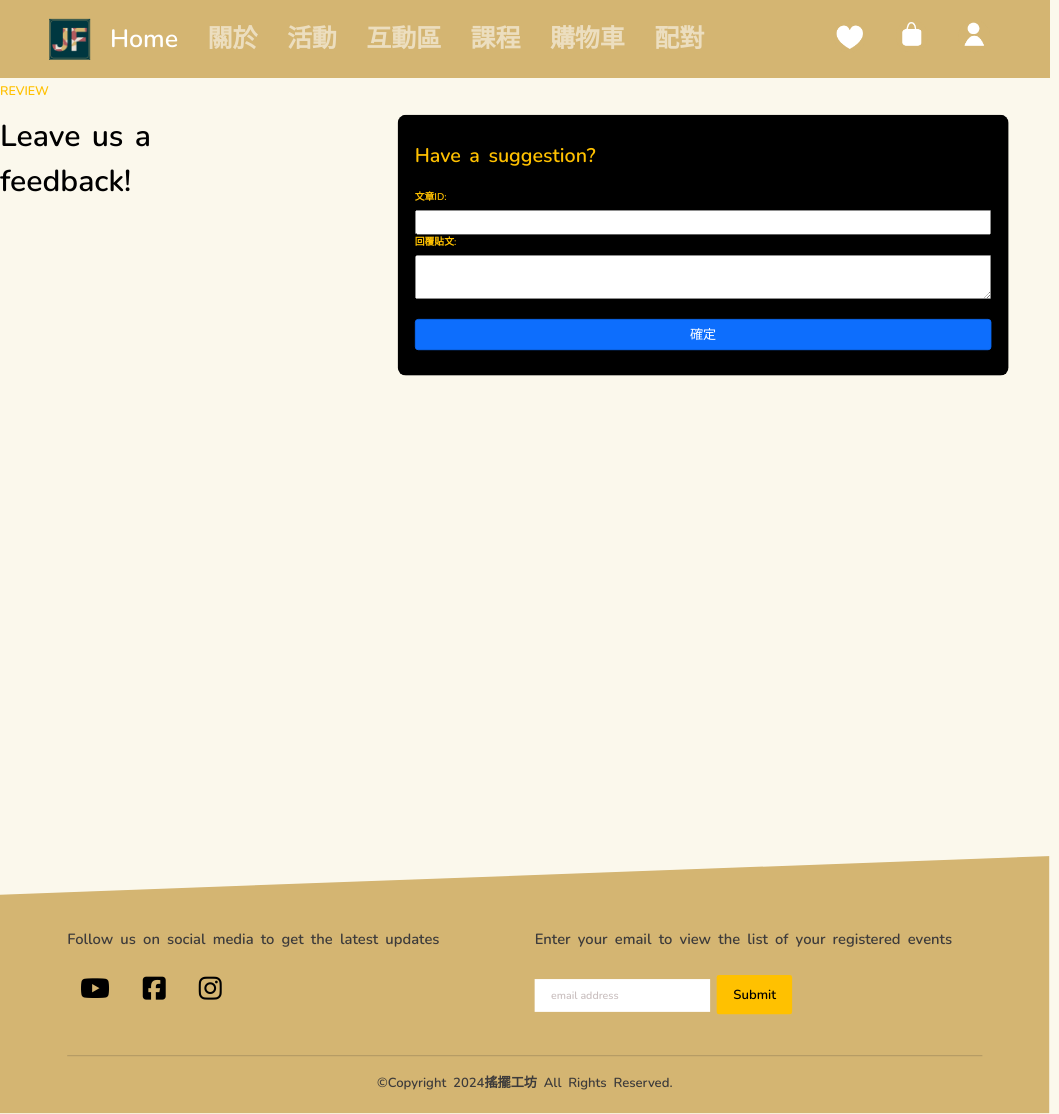
Repository: mmmooonnn0211/project
Page: workspace/demoSpringBoot-1/src/main/resources/static/html/ReplyInsertFront.html
An editor plug-in stored every save of this project. The page is shown before and after the next save, followed by the edit.
The browser window is 1280 px wide. The page is 1292 px wide, then 1280 px, so the pictures cover 1292 px, including what lies to the right of the window. The pictures show the whole page, at 82% of full size.
Some web libraries are served in a nearby version.

Above is the page before, as saved 2024-05-07 18:02:13.

### workspace/demoSpringBoot-1/src/main/resources/static/html/ReplyInsertFront.html
<!DOCTYPE html>
<html lang="en">

<head>
	<meta charset="UTF-8">
	<meta name="viewport" content="width=device-width, initial-scale=1.0">
	<style>
		.main {
			min-height: 55vh;
			/* 让 .slant 至少占据整个视口高度 */

		}
	</style>
	<!-- Bootstrap CSS -->
	<link href="https://cdn.jsdelivr.net/npm/bootstrap@5.0.0-beta3/dist/css/bootstrap.min.css" rel="stylesheet"
		integrity="sha384-eOJMYsd53ii+scO/bJGFsiCZc+5NDVN2yr8+0RDqr0Ql0h+rP48ckxlpbzKgwra6" crossorigin="anonymous">
	<script src="https://kit.fontawesome.com/4287c80df9.js" crossorigin="anonymous"></script>

	<!--Google Font : Nunito-->
	<link rel="preconnect" href="https://fonts.gstatic.com">
	<link href="https://fonts.googleapis.com/css2?family=Nunito:wght@600&display=swap" rel="stylesheet">

	<!-- For style(All CSS content) -->
	<link rel="stylesheet" type="text/css" href="../styles/home.css" />
	<link rel="stylesheet" type="text/css" href="../styles/footer.css" />
	<link rel="stylesheet" type="text/css" href="../styles/navbar.css" />
	<link rel="icon" href="images/favicon.ico">

	<!-- JS Bundle for BS  -->
	<script src="https://cdn.jsdelivr.net/npm/popper.js@1.16.1/dist/umd/popper.min.js"
		integrity="sha384-9/reFTGAW83EW2RDu2S0VKaIzap3H66lZH81PoYlFhbGU+6BZp6G7niu735Sk7lN" crossorigin="anonymous">
		</script>
	<title>範本</title>
</head>


<body>
	<form method="post" action="/ReplyinsertFront.controller" onsubmit="return validateForm();">
		<div class="row" style="margin-bottom: 100px; margin-top: 100px;">
			<div class="col-md-4" style="text-align: left;">
				<p class="review">REVIEW</p>
				<p class="feedback">Leave us a <br>feedback!</p>
			</div>
			<div class="col-sm-8">
				<div class="container" id="cards">
					<div class="card">
						<div id="sugg" class="neon-yellow">Have a suggestion?</div>
						<br>
						<div id="text" class="neon-yellow">文章ID:</div>
						<input id="LTId" name="LTId" />

						<div id="text" class="neon-yellow">回覆貼文:</div>
						<textarea id="replypost" name="replypost"></textarea>

						<br />
						<button type="submit" class="btn btn-primary">確定</button>
					</div>
				</div>
			</div>
		</div>
	</form>
	<div class="container-fluid" style="margin-top: 150px;">

	</div>
	<!-- <section> -->
	<div class="main">
		<div class="container text-center">

			<div>
				<!--					<label for="userId">使用者ID:</label>-->
				<!--					<input type="text" id="userId" name="userId" style="width: 200px;" />-->

				<!--					<label for="LTId">文章ID:</label>-->
				<!--					<input type="text" id="LTId" name="LTId" style="width: 200px;" />-->

				<!--					<label for="replypost">回覆貼文:</label>-->
				<!--					<input type="text" id="replypost" name="replypost" style="width: 250px; height: 150px;" />-->

				<!--					<button type="submit" class="btn btn-primary">確定</button>-->

			</div>



		</div>
	</div>
	<script src="https://cdn.jsdelivr.net/npm/bootstrap@5.0.0-beta3/dist/js/bootstrap.bundle.min.js"
		integrity="sha384-JEW9xMcG8R+pH31jmWH6WWP0WintQrMb4s7ZOdauHnUtxwoG2vI5DkLtS3qm9Ekf" crossorigin="anonymous">
		</script>


	<div align="center"></div>
	<div class="container">
	</div>
	<script>
		function validateForm() {
			var replypostInput = document.getElementsByName('replypost')[0].value.trim();
			var userIdInput = document.getElementsByName('userId')[0].value.trim();
			var LTIdInput = document.getElementsByName('LTId')[0].value.trim();

			if (replypostInput === '' || userIdInput === '' || LTIdInput === '') {
				Swal.fire({
					icon: 'warning',
					title: '請輸入完整資訊😒',
					showConfirmButton: false,
					timer: 1500
				});
				return false;
			}
			return true;
		}
	</script>

	<script>

		fetch('basic.html')
			.then(response => response.text())
			.then(html => {
				document.body.innerHTML += html;
			});


	</script>
</body>

</html>

### workspace/demoSpringBoot-1/src/main/resources/static/styles/home.css
/* hiding vertical scroll bar from every page */
::-webkit-scrollbar {
  width: 0 !important
}




body {
  font-family: 'Nunito', sans-serif;
  background-color: #FBF8EC;
  word-spacing: 0.25rem;
}

::selection {
  color: black;
  background: #ffc100;
}

::placeholder {
  color: rgb(202, 192, 192);
}

.neon-yellow {
  color: #ffc100;
}

.working-heading {
  font-size: 2.3rem;
  font-weight: bold;
  color: black;
}


.date-style {
  font-weight: 850;
  padding: 0 0 0.3rem 0;
}

.sub-heading {
  font-size: 1.5rem;
  font-weight: 1000;
  padding: 0 0 0.3rem 0;
}

.small-subtext {
  color: black;
  font-weight: 700;
  font-size: 1rem;
}

.process-heading {
  font-weight: 1000;
  font-size: 0.95rem;
}

.eng,
.feedback,
.some {
  font-size: 2.3rem;
  font-weight: 1000;
  color: black;
}

.center-line {
  border-left: 0.58rem solid #ffc100;
  height: 110%;
  position: absolute;
  top: 0%;
  left: 0%;
}

.padding-for-mobile {
  padding: 0 1rem 2rem 4rem;
  text-align: left;
  /*background-color:  white;*/
}

.stickyy-corner {
  position: -webkit-sticky;
  position: sticky;
  top: 0;
}

.timeline-left-style {
  color: black;
  text-align: right;
  padding: 0 4rem 0 5.2rem;
}

.timeline-right-style {
  color: black;
  text-align: left;
  position: relative;
  padding: 0 5.2rem 0 4rem;
  overflow-y: hidden;
}

.d-block {
  margin-top: 2%;
  border-radius: 7px;
  border: 3px solid rgb(245, 241, 241);
  width: 100%;
}

.chess,
.review,
.event {
  color: #ffc100;
  font-weight: 850;
  font-size: 0.95rem;
}


#text {
  font-weight: 850;
  font-size: 0.75rem;
  margin-bottom: 7px;
}

#sugg {
  font-size: 1.5rem;
  font-weight: 1000;
}

#btn {
  background-color: #ffc100;
  color: rgb(0, 0, 0);
  padding: 10px 20px;
  text-align: center;
  border: none;
  border-radius: 3px;
  display: block;
  margin: auto;
  margin-top: 15px;
  font-weight: bold;
}


#box,
#msg {
  background-color: #DDDDDD;
  border-radius: 3.5px;
  border: none;
  margin-bottom: 12px;
  width: 100%;
}

#msg {
  height: 120px;
}

#box {
  height: 35px;
}

#spon {
  color: black;
  margin-top: 60px;
  display: flex;
  justify-content: space-evenly;
  align-items: center;
  font-weight: bold;
  margin-bottom: 20px;
}

.image {
  height: 100px;
}

.image3 {
  height: 250px;
  overflow-y: hidden;
}

.pic1,
.pic2 {
  font-weight: bold;
  font-size: medium;
}

.pic1 {
  margin-top: 20px;
}

.column {
  display: flex;
  flex-direction: column;
  justify-content: space-evenly;
  align-items: center;
}

.columns {
  display: flex;
  flex-direction: column;
  justify-content: center;
  align-items: flex-start;
}

.pic2 {
  color: gray;
  font-size: small;
}

.event,
.some,
.last,
.pic,
.pic1,
.pic2 {
  display: flex;
  justify-content: space-evenly;
  align-items: center;
}

.subhead {
  color: black;
  font-size: 3rem;
  overflow-y: hidden;
}

.active {
  color: #ffc100;
}

.active:hover {
  color: #ffc100;
}

p {
  color: black;
}

.title-img {
  width: 25%;
  margin-left: 8%;
  transform: rotate(10deg);
}

.hover {
  color: #ffc100;
}

.title-img3 {
  width: 25%;
  transform: rotate(-10deg);
}

.title-img2 {
  width: 35%;
  padding-right: 5%;
  padding-left: 5%;


}

.carousel-img-styles {
  border: 0.13rem solid black;
  border-radius: 1rem;
}

h1 {
  font-size: 5rem;
  line-height: 1.5;
  font-weight: 900;
}

#title {
  margin-bottom: 11rem;
}

.col-lg-3 {
  padding-left: 3rem;
}

.ex-btn {
  margin-top: 2.5rem;
  margin-bottom: 30px;
}

.carousel-container {
  width: 55%;
}

#cards {
  padding: 10px 50px;
}

.card {
  background-color: black;
  border-radius: 10px;
  /* display: block;
    margin: auto;
    font: 16px;
    width:55%; */
  padding: 30px 20px;

}

@media only screen and (max-width: 767px) {
  .small-subtext {
    font-size: 0.8rem;
  }

  .padding-for-mobile {
    padding: 0 0 4rem 2rem;
  }

  /*
  .sticky-corner {
    position: static;
  }
  */
  #cards {
    padding: 0px 20px;
  }


  .sub-heading {
    font-size: 1.3rem;
  }

  .process-heading {
    font-size: 0.85rem;
  }

  .working-heading {
    font-size: 1.5rem;
  }

  .timeline-left-style {
    padding: 0 2.5rem 0 3rem;
  }

  .timeline-right-style {
    padding: 0 3rem 0 2.5rem;
  }

  #spon {
    font-size: 1.5rem;
  }

  .some,
  .eng,
  .feedback {
    font-size: 1.5rem;
  }

  .card {
    width: 100%;
  }

  .pic {
    flex-direction: column;
  }

  .carousel-container {
    width: 85%;
  }
}

@media only screen and (max-width: 575px) {

  .title-img,
  .title-img3 {
    display: none;
  }

  .title-img2 {
    display: block;
    margin: auto;
    width: 100%;
    padding: 50px;
  }
}

@media only screen and (max-width: 375px) {


  .date-style {
    font-size: 0.8rem;
  }

  .sub-heading {
    font-size: 0.9rem;
  }

  .small-subtext {
    font-size: 0.7rem;
  }

  .timeline-left-style {
    padding: 0 1.6rem 0 2rem;
  }

  .timeline-right-style {
    padding: 0 2rem 0 2rem;
  }
}

### workspace/demoSpringBoot-1/src/main/resources/static/styles/footer.css
/*
hiding vertical scroll bar from every page
*/
::-webkit-scrollbar {
    width: 0 !important
}




.slant {
    /* width: 110%;
    background-color: #DDDDDD;
    transform: rotate(-3deg);
    height: 100px; */
    clip-path: polygon(0 15%, 100% 0, 100% 100%, 0 100%);
  }

  .container{
    margin-top: 30px;
  }

  .left, .right {
    font-size: large;
    font-weight: bold;
    margin-top: 50px;
    color: rgb(61, 59, 59);
    margin-bottom: 30px;
  }

  .below {
    background-color:#D4B572;
    position: relative;
    padding-top: 8px;
    padding-bottom: 6px;
    width: 100%;
    height: 100%;
  }

  #mail {
    border: none;
    height: 30px;
    padding: 20px;
    font-size: small;
    font-weight: bold;
  }

  #bttn {
    background-color: #ffc100;
    color: black;
    padding: 12px 20px;
    text-align: center;
    border: none;
    border-radius: 3px;
    font-weight: bold;
  }


  .fa-youtube:hover{
    color: rgb(230, 59, 59);
    transition: 0.5s;
  }

  .fa-twitter:hover, .fa-facebook-square:hover{
    color: rgba(18, 212, 212, 0.596);
    transition: 0.5s;
  }

  .fa-instagram:hover{
    color: rgb(218, 30, 61);
    transition: 0.5s;
  }

  .fa-github{
    color: rgb(43, 36, 36);
    transition: 0.5s;
  }

  .fab {
    padding: 0 1rem 0 1rem;
    font-size: 2rem;
    color: black;
  }

  .last {
    font-weight: 900;
    color: rgb(61, 59, 59);
    margin: 20px;
    display: flex;
  justify-content: space-evenly;
  align-items: center;
  }

  @media only screen and (max-width: 767px) {
    .slant{
      clip-path: polygon(0 5%, 100% 0, 100% 100%, 0 100%);
    }
  }

  @media only screen and (max-width: 375px) {
    .slant{
      clip-path: polygon(0 5%, 100% 0, 100% 100%, 0 100%);
    }
  }

### workspace/demoSpringBoot-1/src/main/resources/static/styles/navbar.css
/* 鼠標移動導覽列*/
.nav-item :hover {
  color: rgb(255, 128, 128);
  cursor: pointer;
  background-color: #B15A5E;
  border-radius: 10px;
}

.navbar a {
  color: #ff2600a2;
  border-radius: 10px;
}


.navbar {
  padding: 1rem 2rem;
  position: fixed;
  z-index: 100;
  width: 100%;
  margin: 0;
  top: 0;
  left: 0;
  background-color: #D4B572;
}

.nav-item {
  padding: 0 20px 0 0;
}

.nav-link {
  font-size: 1.9rem;
  font-weight: 900;

}


.dropdown-item,
.dropdown-menu {
  background-color: #B15A5E;
  color: #BF3F41;
  ;
  margin: 0;
}






.dropdown-menu a {
  color: white;
  ;
  text-decoration: none;
  display: block;
  text-align: left;
}

### workspace/demoSpringBoot-1/src/main/resources/static/html/basic.html
<!doctype html>
<html lang="en">

<head>
    <!-- Required meta tags -->
    <meta charset="utf-8">
    <meta name="viewport" content="width=device-width, initial-scale=1">




    <title>JFSwing</title>
</head>

<body>

    <!-- Shashank's Section -->
    <!-- <section class="title"> -->
    <!-- Navbar section -->
    <nav class="navbar navbar-expand-lg navbar-dark">
        <!-- <LOGO> -->
        <div class="container-fluid">
            <div width="50px" height="50px">
                <a class="m-3" href="index.html"> <img src="../images/LOGO.png" width="50px" height="50px"
                        alt="Eternals">
                </a>
                <button class="navbar-toggler" type="button" data-bs-toggle="collapse" data-bs-target="#navbarCollapse"
                    aria-controls="navbarCollapse" aria-expanded="false" aria-label="Toggle navigation">
                    <span class="navbar-toggler-icon"></span>
                </button>
            </div>
            <div class="collapse navbar-collapse" id="navbarCollapse">
                <ul class="navbar-nav ">
                    <li class="nav-item">
                        <a class="nav-link active" href="frontPage.html">Home </a>
                    </li>
                    <li class="nav-item">
                        <a class="nav-link" href="about.html">關於</a>
                    </li>
                    <li class="nav-item">
                        <a class="nav-link" href="EventAll.html">活動</a>
                    </li>
                    <li class="nav-item">
                        <a class="nav-link" href="/LTSelectAll2">互動區</a>
                    </li>
                    <li class="nav-item">
                        <a class="nav-link" href="contact.html">課程</a>
                    </li>
                    <li class="nav-item">
                        <a class="nav-link" href="">購物車</a>
                    </li>
                    <li class="nav-item">
                        <a class="nav-link" href="">配對</a>
                    </li>

                </ul>

            </div>

            <!-- <右上角的東西> -->
            <div class="navbar-nav justify-content-end">
                <ul class="navbar-nav">
                    <li class="nav-item">
                        <div class="m-2 rounded-circle overflow-hidden align-self-center ratio ratio-1x1"
                            style="width: 40px">
                            <img src="../images/LOVE.png" alt="" class="object-fit-cover w-100 h-100" />
                        </div>
                    </li>
                    <li class="nav-item">
                        <div class="m-2 rounded-circle overflow-hidden align-self-center ratio ratio-1x1"
                            style="width: 40px">
                            <img src="../images/SHOP.png" alt="" class="object-fit-cover w-100 h-100" />
                        </div>
                    </li>
                    <li class="nav-item">
                        <a href="#" target="_blank"
                            class="m-2 rounded-circle overflow-hidden align-self-center ratio ratio-1x1"
                            style="width: 40px; display: inline-block;">
                            <img src="../images/MAN.png" alt="Facebook" class="object-fit-cover w-100 h-100" />
                        </a>
                    </li>

                </ul>

            </div>
        </div>
    </nav>

    <!-- Title -->
    <!-- <中間> -->



    <!-- footer-->
    <div class="slant footer-content mt-auto">

        <footer class="below">
            <div class="container">
                <div class="row">
                    <div class="col-lg-6">
                        <p class="left">Follow us on social media to get the latest updates</p>
                        <a href="#"><i class="fab fa-youtube"></i></a>
                        <a href="https://www.facebook.com/apple.hi.77?mibextid=kFxxJD"><i
                                class="fab fa-facebook-square"></i></a>
                        <a href="#"><i class="fab fa-instagram"></i></a>

                    </div>
                    <div class="col-lg-6">
                        <p class="right">Enter your email to view the list of your registered events</p>
                        <input id="mail" placeholder="email address">
                        <span><button id="bttn">
                                Submit </button></span>
                    </div>
                </div>
                <hr style="margin-top: 50px;">
            </div>
            <div class="last">&copy;Copyright 2024搖擺工坊 All Rights Reserved.</div>
        </footer>

    </div>



</body>

</html>

After the next save:
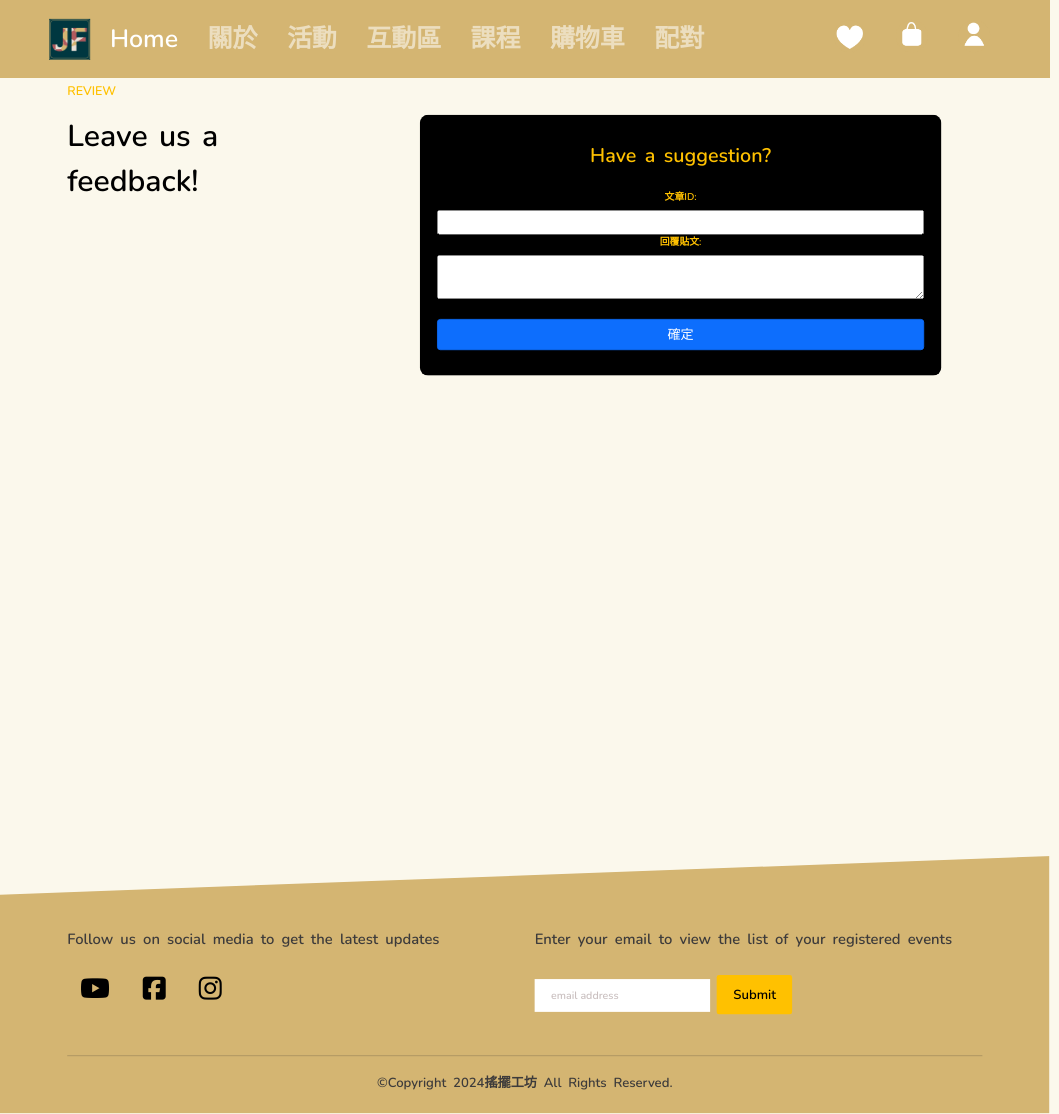
Saved 68 s later.
--- a/workspace/demoSpringBoot-1/src/main/resources/static/html/ReplyInsertFront.html
+++ b/workspace/demoSpringBoot-1/src/main/resources/static/html/ReplyInsertFront.html
@@ -36,24 +36,26 @@
 
 <body>
 	<form method="post" action="/ReplyinsertFront.controller" onsubmit="return validateForm();">
-		<div class="row" style="margin-bottom: 100px; margin-top: 100px;">
-			<div class="col-md-4" style="text-align: left;">
-				<p class="review">REVIEW</p>
-				<p class="feedback">Leave us a <br>feedback!</p>
-			</div>
-			<div class="col-sm-8">
-				<div class="container" id="cards">
-					<div class="card">
-						<div id="sugg" class="neon-yellow">Have a suggestion?</div>
-						<br>
-						<div id="text" class="neon-yellow">文章ID:</div>
-						<input id="LTId" name="LTId" />
+		<div class="container text-center">
+			<div class="row" style="margin-bottom: 100px; margin-top: 100px;">
+				<div class="col-md-4" style="text-align: left;">
+					<p class="review">REVIEW</p>
+					<p class="feedback">Leave us a <br>feedback!</p>
+				</div>
+				<div class="col-sm-8">
+					<div class="container" id="cards">
+						<div class="card">
+							<div id="sugg" class="neon-yellow">Have a suggestion?</div>
+							<br>
+							<div id="text" class="neon-yellow">文章ID:</div>
+							<input id="LTId" name="LTId" />
 
-						<div id="text" class="neon-yellow">回覆貼文:</div>
-						<textarea id="replypost" name="replypost"></textarea>
+							<div id="text" class="neon-yellow">回覆貼文:</div>
+							<textarea id="replypost" name="replypost"></textarea>
 
-						<br />
-						<button type="submit" class="btn btn-primary">確定</button>
+							<br />
+							<button type="submit" class="btn btn-primary">確定</button>
+						</div>
 					</div>
 				</div>
 			</div>
@@ -65,22 +67,6 @@
 	<!-- <section> -->
 	<div class="main">
 		<div class="container text-center">
-
-			<div>
-				<!--					<label for="userId">使用者ID:</label>-->
-				<!--					<input type="text" id="userId" name="userId" style="width: 200px;" />-->
-
-				<!--					<label for="LTId">文章ID:</label>-->
-				<!--					<input type="text" id="LTId" name="LTId" style="width: 200px;" />-->
-
-				<!--					<label for="replypost">回覆貼文:</label>-->
-				<!--					<input type="text" id="replypost" name="replypost" style="width: 250px; height: 150px;" />-->
-
-				<!--					<button type="submit" class="btn btn-primary">確定</button>-->
-
-			</div>
-
-
 
 		</div>
 	</div>
